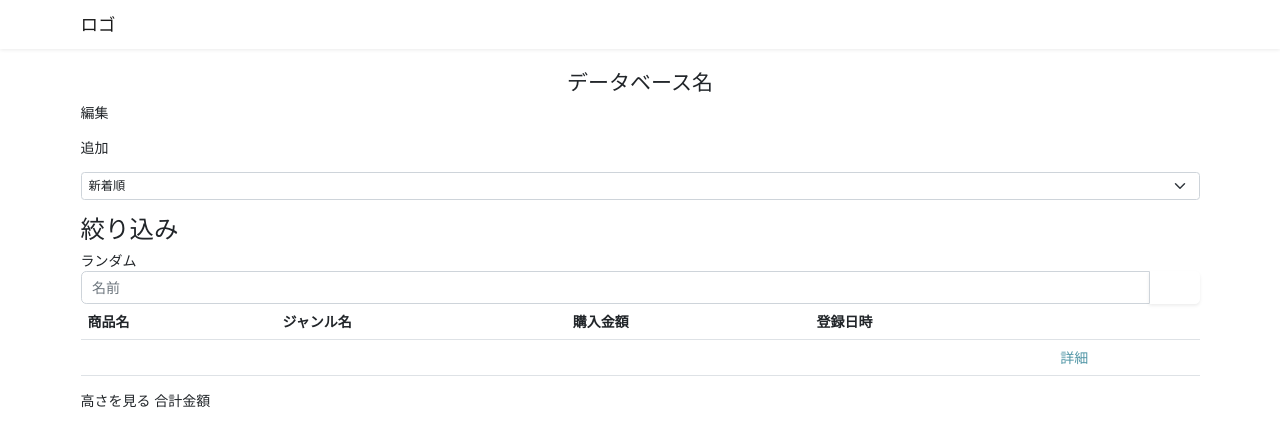
Repository: masa1228ew/original
Page: http://localhost/data/index
These files come from the project's save history. The page is drawn as it stood at one moment and after the next save; the edit follows.
The browser window is 1280 px wide. The pictures show the whole page.
The page is this project's Thymeleaf template; nobody is signed in. The template is opened directly, without the code that normally fills it, so the values that code supplies are empty.

Above is the page before, as saved 2025-01-15 02:06:41.

### original/original/src/main/resources/templates/data/index.html
<!DOCTYPE html>
<html xmlns:th="https://www.thymeleaf.org">
	<head>
<!--		  <div th:replace="~{fragment :: meta}"></div>   -->
 <meta charset="UTF-8">
       <meta name="viewport" content="width=device-width, initial-scale=1">
        <link href="https://cdn.jsdelivr.net/npm/bootstrap@5.2.3/dist/css/bootstrap.min.css" rel="stylesheet" integrity="sha384-rbsA2VBKQhggwzxH7pPCaAqO46MgnOM80zW1RWuH61DGLwZJEdK2Kadq2F9CUG65" crossorigin="anonymous">
           <link th:href="@{/css/style.css}" rel="stylesheet" >
		<title>データベース</title>
	</head>

	<body>
		<div class="wrapper">
			<nav class="navbar navbar-expand-md navbar-light bg-white shadow-sm ">
               <div class="container ">
                   <a class="navbar-brand" th:href="@{/}">
                       ロゴ
                   </a>
               </div>
           </nav>
			<main>
				<div class="container pt-4 pb-5">
					<div class="d-flex justify-content-center">
					<h1>データベース名</h1>

					</div>
				<div>
					<p>編集</p>
				</div>
					<div>
						<p>追加</p>
						<form method="get" class="mb-3 samuraitravel-sort-box">
                                     <input  type="hidden" name="keyword" >
                                     <input  type="hidden" name="area" >
                                     <input  type="hidden" name="price" >
                                     <select class="form-select form-select-sm" name="order" onChange="this.form.submit();">
                                         <option value="createdAtDesc" >新着順</option>
                                         <option value="priceAsc">宿泊料金が安い順</option>
                                     </select>
                                 </form>
                                 <h3>絞り込み</h3>
                                 <a>ランダム</a>
                                   <div class="input-group">
                                     <input type="text" class="form-control" name="keyword"  placeholder="名前">
                                     <button type="submit" class="btn text-white shadow-sm">検索</button>
                                 </div>
					</div>

					<table class="table">
                               <thead>
                                   <tr>
                                       <th scope="col">商品名</th>
                                       <th scope="col">ジャンル名</th>
                                       <th scope="col">購入金額</th>
                                       <th scope="col">登録日時</th>
                                       <th scope="col"></th>
                                   </tr>
                               </thead>
                               <tbody>
                                   <tr >
                                       <td ></td>
                                        <td ></td>
                                         <td ></td>
                                          <td ></td>
                                       <td><a href="#">詳細</a></td>
                                   </tr>
                               </tbody>
                           </table>
                          <div>
                           <a>高さを見る</a>
                           <a>合計金額</a>
                          </div>
				</div>
			</main>
		</div>
	</body>
</html>

### original/original/src/main/resources/static/css/style.css
html {
 font-size: 14px;
}

@media (max-width: 768px) {
    .navbar-collapse {
        display: block !important;
        max-height: 0;
        overflow: hidden;
        transition: max-height 0.3s ease-in-out;
    }

     select[name="categoryId"] {
    flex-grow: 1;
    width: 100%;
  }

}

    .navbar-collapse.show {
        max-height: 500px; /* 必要に応じて調整 */
    }
}

body {
 font-family: 'Noto Sans JP', sans-serif;
}

h1 {
 font-size: 1.5rem;
}

a {
 color: #5196a6;
 text-decoration: none !important;
}

a:hover {
   color: #407784;
}

.wrapper {
 min-height: 100vh;
 position: relative;
 padding-bottom: 60px;
 box-sizing: border-box;
}

.right{
	display: flex;
	justify-content: flex-end;
	padding: 5px;

}

.right>div{

    padding: 5px;

    margin: 5px;
}

.btn-color{
	background-color: gray;
}

After the next save:
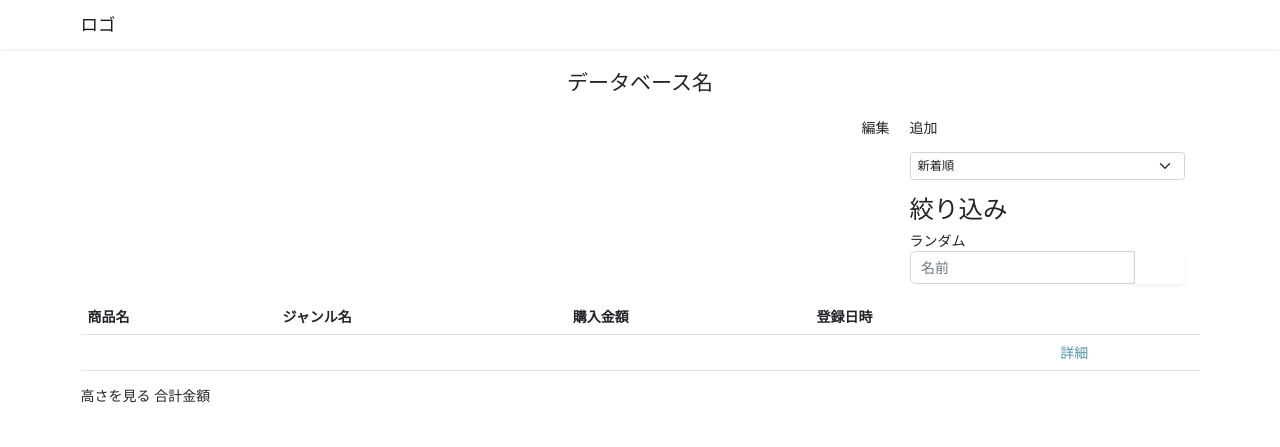
Saved 41 s later.
--- a/original/original/src/main/resources/templates/data/index.html
+++ b/original/original/src/main/resources/templates/data/index.html
@@ -24,6 +24,7 @@
 					<h1>データベース名</h1>
 
 					</div>
+					<div class=right>
 				<div>
 					<p>編集</p>
 				</div>
@@ -44,6 +45,7 @@
                                      <input type="text" class="form-control" name="keyword"  placeholder="名前">
                                      <button type="submit" class="btn text-white shadow-sm">検索</button>
                                  </div>
+					</div>
 					</div>
 
 					<table class="table">
